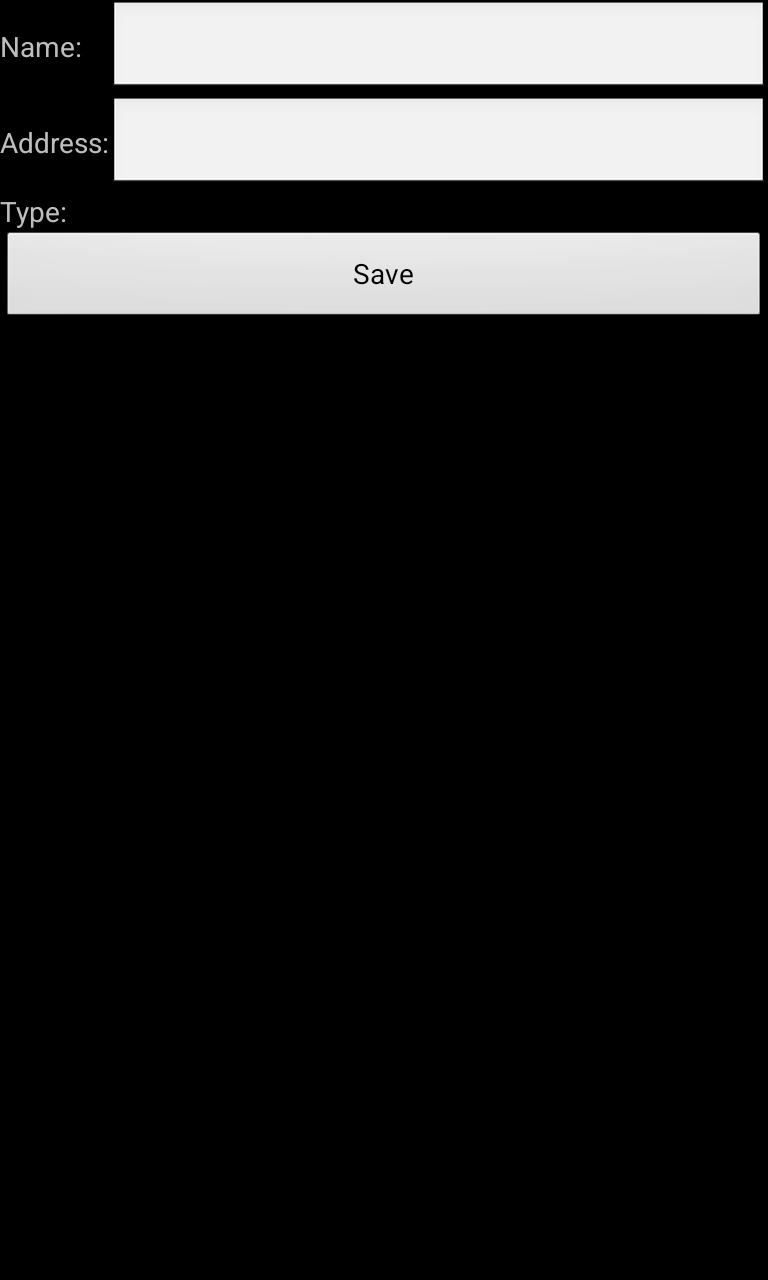
Repository: rsbauer/Android-Practice
Layout: code/LunchList/res/layout/main.xml
The author's editor kept a copy of each file at every save. The layout is drawn from the files as they stood at one save, then again after the next save.
It is drawn on a 768 x 1280 px phone screen (xhdpi) without system bars, with theme android:Theme; the app's code is not run.

Above is the layout before, as saved 2012-07-23 21:34:09.

### code/LunchList/res/layout/main.xml
<?xml version="1.0" encoding="utf-8"?>
<TableLayout xmlns:android="http://schemas.android.com/apk/res/android"
  android:layout_width="match_parent"
  android:layout_height="match_parent"
  android:stretchColumns="1"
  >
  <TableRow>
    <TextView android:text="Name:" />
    <EditText android:id="@+id/name" />
  </TableRow>
  <TableRow>
    <TextView android:text="Address:" />
    <EditText android:id="@+id/addr" />
  </TableRow>

  <TableRow
      android:id="@+id/tableRow1"
      android:layout_width="wrap_content"
      android:layout_height="wrap_content" >

      <TextView
          android:id="@+id/textView1"
          android:layout_width="wrap_content"
          android:layout_height="wrap_content"
          android:text="Type:" />

  </TableRow>

  <Button android:id="@+id/save"
    android:layout_width="match_parent"
    android:layout_height="wrap_content"
    android:text="Save"
  />
</TableLayout>

After the next save:
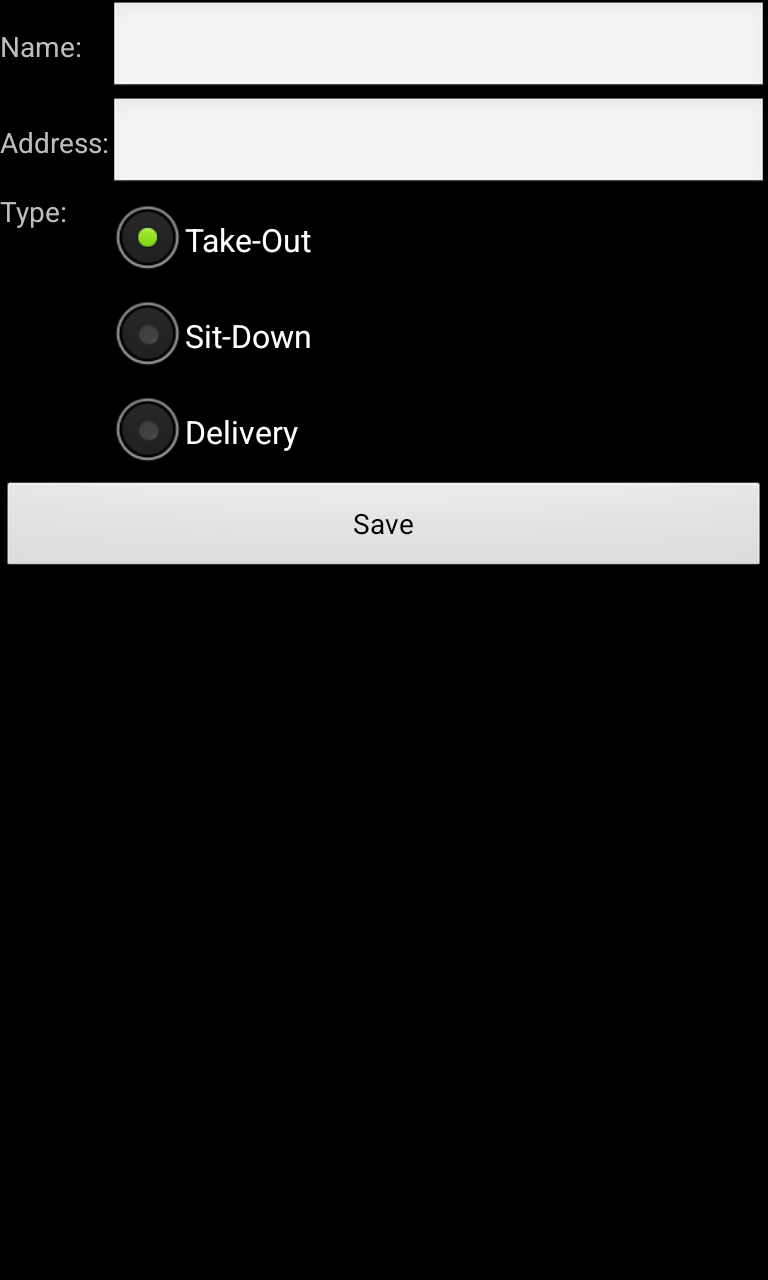
Saved 2 min 32 s later.
--- a/code/LunchList/res/layout/main.xml
+++ b/code/LunchList/res/layout/main.xml
@@ -1,28 +1,58 @@
 <?xml version="1.0" encoding="utf-8"?>
 <TableLayout xmlns:android="http://schemas.android.com/apk/res/android"
-  android:layout_width="match_parent"
-  android:layout_height="match_parent"
-  android:stretchColumns="1"
-  >
-  <TableRow>
-    <TextView android:text="Name:" />
-    <EditText android:id="@+id/name" />
-  </TableRow>
-  <TableRow>
-    <TextView android:text="Address:" />
-    <EditText android:id="@+id/addr" />
-  </TableRow>
+    android:layout_width="match_parent"
+    android:layout_height="match_parent"
+    android:stretchColumns="1" >
 
-  <TableRow
-      android:id="@+id/tableRow1"
-      android:layout_width="wrap_content"
-      android:layout_height="wrap_content" >
+    <TableRow>
 
-      <TextView
-          android:id="@+id/textView1"
-          android:layout_width="wrap_content"
-          android:layout_height="wrap_content"
-          android:text="Type:" />
+        <TextView android:text="Name:" />
+
+        <EditText android:id="@+id/name" />
+    </TableRow>
+
+    <TableRow>
+
+        <TextView android:text="Address:" />
+
+        <EditText android:id="@+id/addr" />
+    </TableRow>
+
+    <TableRow
+        android:id="@+id/tableRow1"
+        android:layout_width="wrap_content"
+        android:layout_height="wrap_content" >
+
+        <TextView
+            android:id="@+id/textView1"
+            android:layout_width="wrap_content"
+            android:layout_height="wrap_content"
+            android:text="Type:" />
+
+        <RadioGroup
+            android:id="@+id/types"
+            android:layout_width="wrap_content"
+            android:layout_height="wrap_content" >
+
+            <RadioButton
+                android:id="@+id/radio0"
+                android:layout_width="wrap_content"
+                android:layout_height="wrap_content"
+                android:checked="true"
+                android:text="Take-Out" />
+
+            <RadioButton
+                android:id="@+id/radio1"
+                android:layout_width="wrap_content"
+                android:layout_height="wrap_content"
+                android:text="Sit-Down" />
+
+            <RadioButton
+                android:id="@+id/radio2"
+                android:layout_width="wrap_content"
+                android:layout_height="wrap_content"
+                android:text="Delivery" />
+        </RadioGroup>
 
   </TableRow>
 
